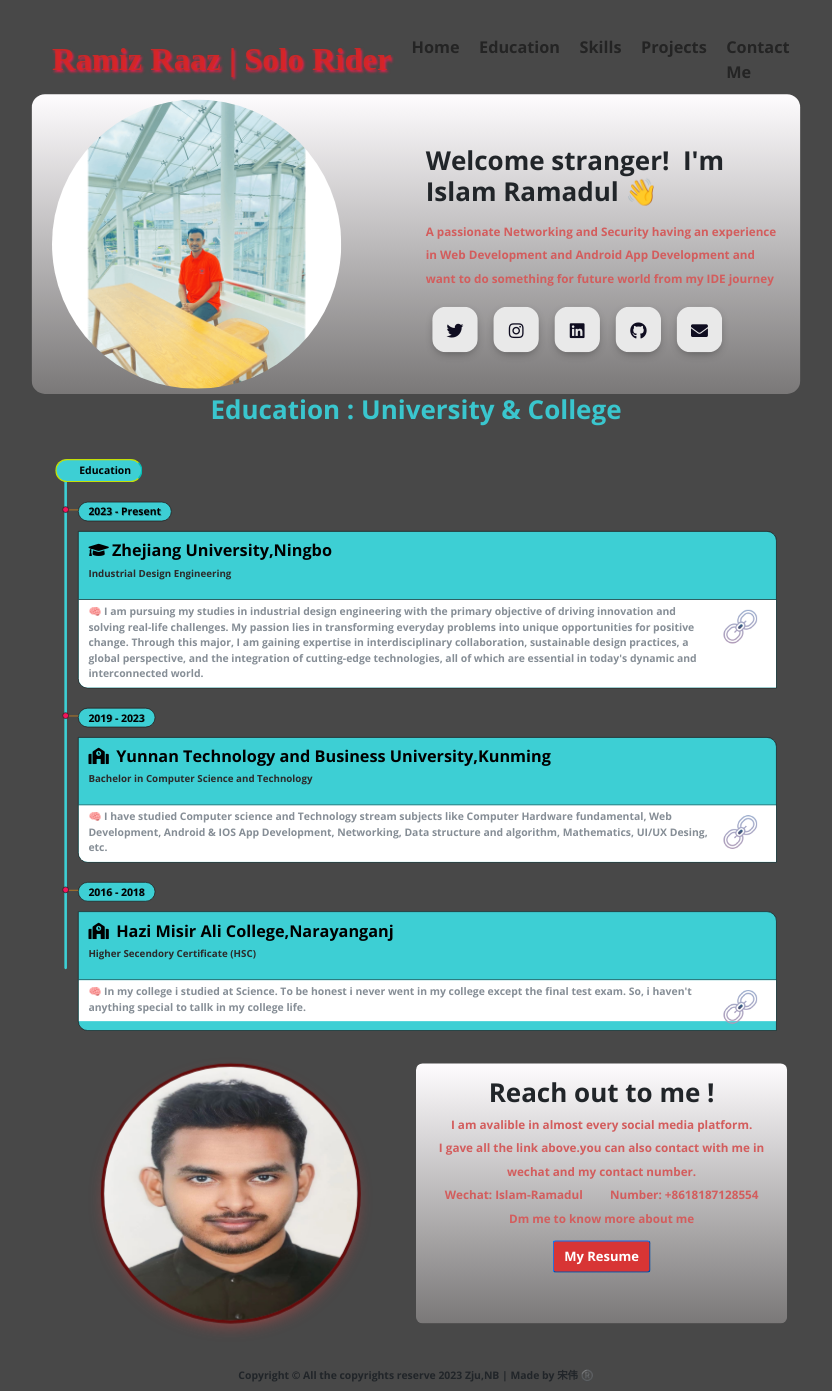
Repository: ramizraaz/ZjuProtfolio
Page: index.html
An editor plug-in stored every save of this project. The page is shown before and after the next save, followed by the edit.
The browser window is 1280 px wide. The pictures show the whole page, at 65% of full size.
Some web fonts or font styles are not loaded; a fallback is used. Some web libraries are served in a nearby version.

Above is the page before, as saved 2023-10-08 20:04:54.

After the next save:
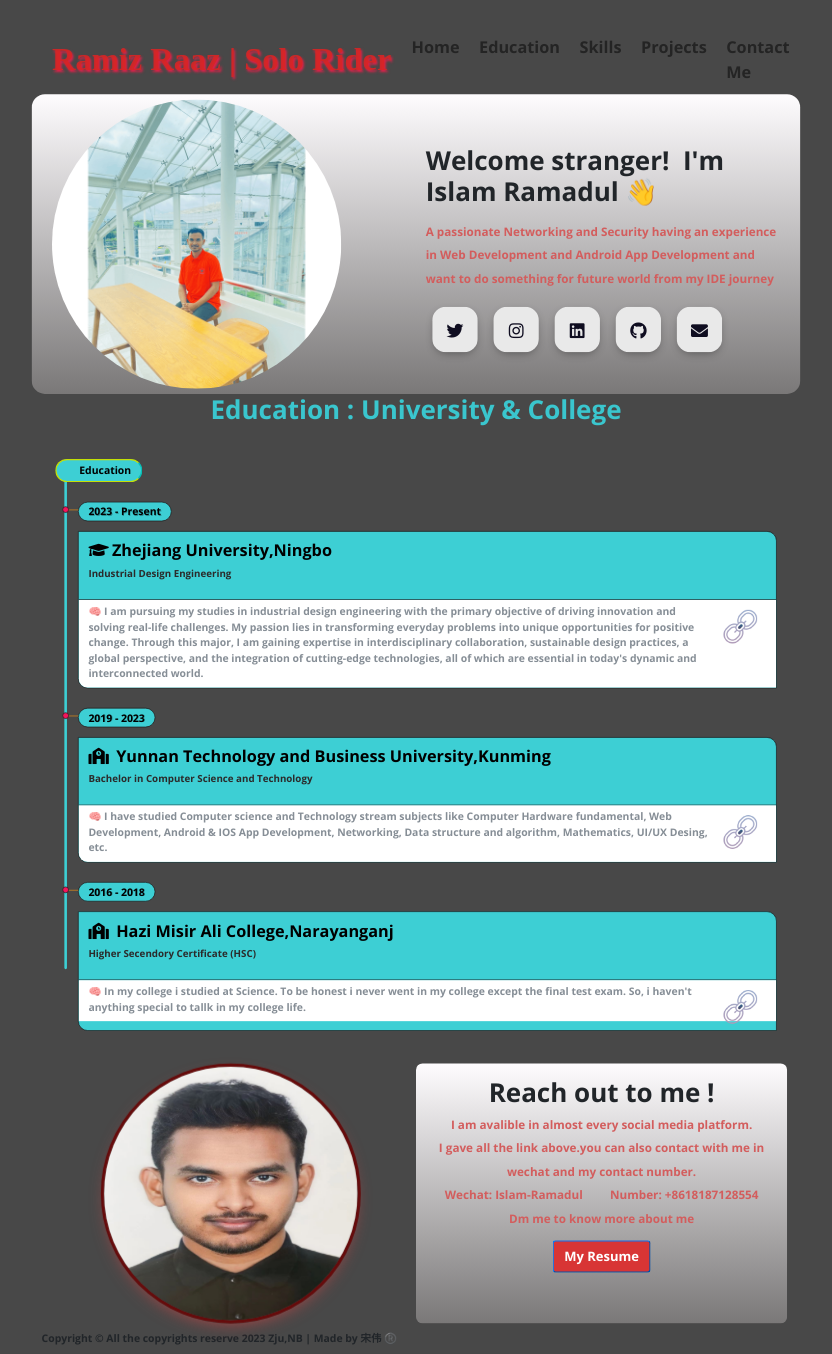
Saved 30 s later.
--- a/style.css
+++ b/style.css
@@ -381,7 +381,7 @@
     background-color: rgb(107, 230, 19);
 }
 
-footer {
+.footer>footer {
     padding-top: 5%;
     text-align: center;
 }

After the 2 saves that followed:
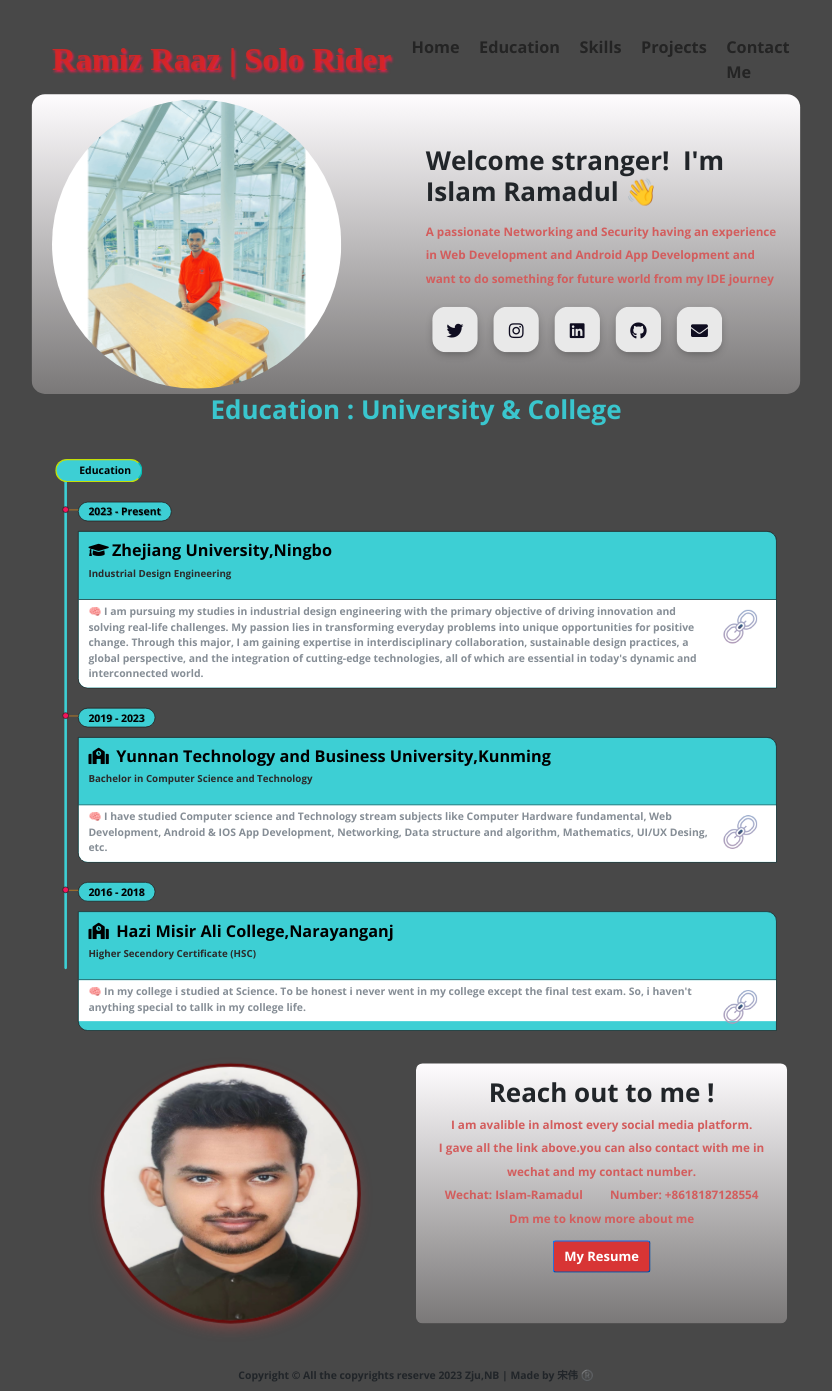
The 2 saves are shown as one change because 1 left the picture as it was.
The last was saved 45 s later.
--- a/style.css
+++ b/style.css
@@ -381,7 +381,7 @@
     background-color: rgb(107, 230, 19);
 }
 
-.footer>footer {
+footer {
     padding-top: 5%;
     text-align: center;
 }
